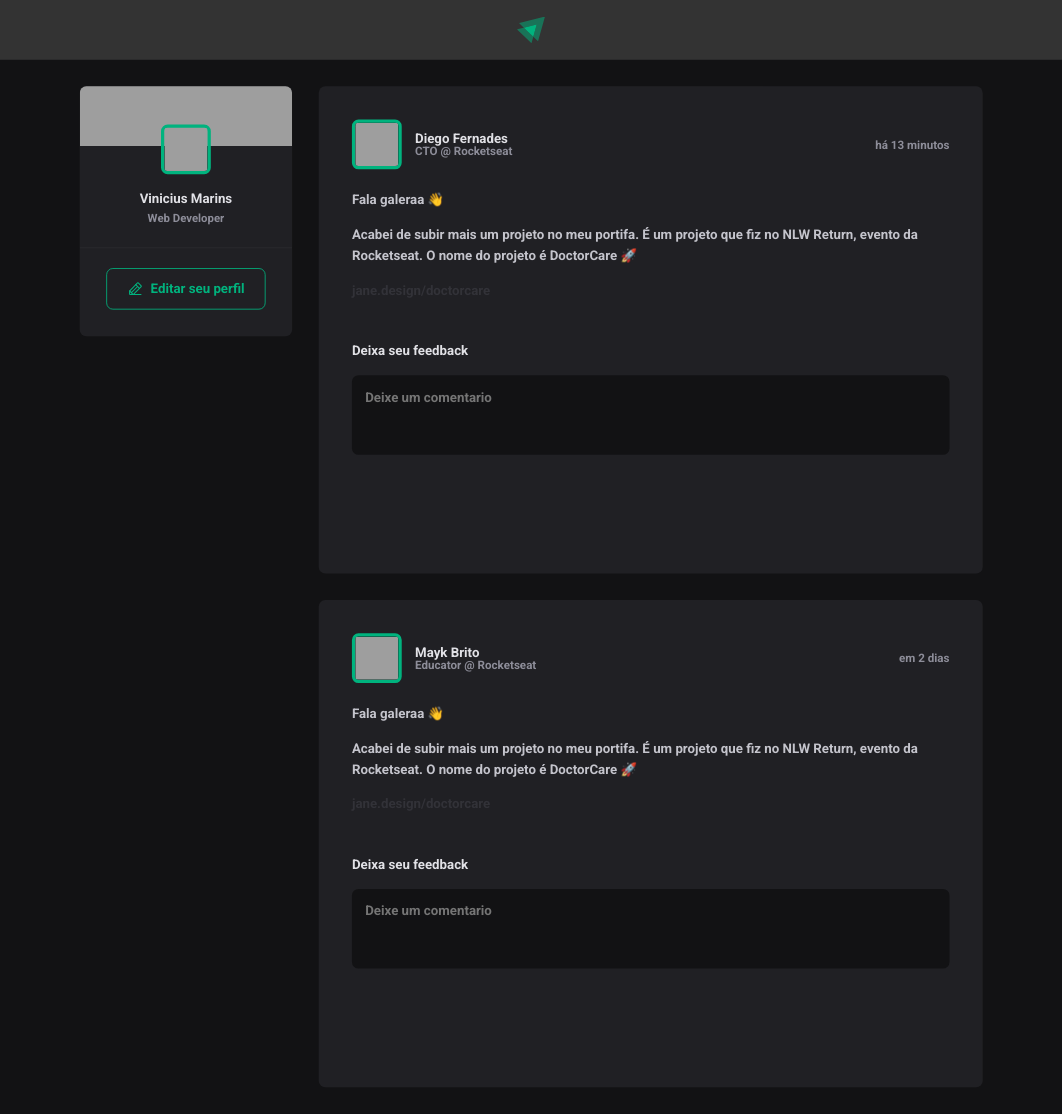
Repository: viniimartins/FeedROCKETSEAT
Page: /
An editor plug-in stored every save of this project. The page is shown before and after the next save, followed by the edit.
The browser window is 1280 px wide. The pictures show the whole page, at 83% of full size.
Pictures or frames that could not be fetched are drawn as grey boxes. The project was rebuilt for these pictures with package versions that can differ from the ones it lists, and the page was loaded fresh each time. Also part of the build but not shown: vite.config.ts, src/Components/Comment.module.css, src/Components/Comment.tsx.

Above is the page before, as saved 2023-05-04 16:47:08.

### index.html
<!DOCTYPE html>
<html lang="en">
  <head>
    <meta charset="UTF-8" />

    <link rel="preconnect" href="https://fonts.googleapis.com">
    <link rel="preconnect" href="https://fonts.gstatic.com" crossorigin>

    <link rel="icon" type="image/svg+xml" href="/vite.svg" />
    <meta name="viewport" content="width=device-width, initial-scale=1.0" />

    <link href="https://fonts.googleapis.com/css2?family=Montserrat&family=Roboto:wght@700&display=swap" rel="stylesheet">

    <title>Vite + React + TS</title>
  </head>
  <body>
    <div id="root"></div>
    <script type="module" src="/src/main.tsx"></script>
  </body>
</html>

### src/main.tsx
import React from 'react'
import ReactDOM from 'react-dom/client'
import App from './App.jsx'


ReactDOM.createRoot(document.getElementById('root')!).render(
  <React.StrictMode>
    <App />
  </React.StrictMode>,
)

### src/App.jsx
import { Header } from './Components/Header'
import { Sidebar } from './Components/Sidebar'
import { Post } from './Components/Post'

import styles from './App.module.css'

import './global.css'


const posts = [
  {
    id: 1,
    author: {
      avatarUrl: 'https://avatars.githubusercontent.com/u/84347013?v=4',
      name: "Diego Fernades",
      role: 'CTO @ Rocketseat'
    },
    content: [
      { type: 'paragraph', content: "Fala galeraa 👋", },
      { type: 'paragraph', content: "Acabei de subir mais um projeto no meu portifa. É um projeto que fiz no NLW Return, evento da Rocketseat. O nome do projeto é DoctorCare 🚀" },
      { type: 'link', content: 'jane.design/doctorcare' },
    ],
    publishedAt: new Date('2023-05-02 20:00:00')
  },
  {
    id: 2,
    author: {
      avatarUrl: 'https://github.com/maykbrito.png',
      name: "Mayk Brito",
      role: 'Educator @ Rocketseat'
    },
    content: [
      { type: 'paragraph', content: "Fala galeraa 👋", },
      { type: 'paragraph', content: "Acabei de subir mais um projeto no meu portifa. É um projeto que fiz no NLW Return, evento da Rocketseat. O nome do projeto é DoctorCare 🚀" },
      { type: 'link', content: 'jane.design/doctorcare' },
    ],
    publishedAt: new Date('2023-05-04 20:00:00')
  },
];


function App() {
  return (
    <>
      <div>
        <Header />

        <div className={styles.wrapper}>
          <Sidebar />
          <main>
            {posts.map(post => {
              return (
                <Post
                  key={post.id}
                  author={post.author}
                  content={post.content}
                  publishedAt={post.publishedAt}
                />
              )
            })}
          </main>
        </div>
      </div>

    </>
  )

}

export default App

### src/Components/Header.tsx
import styles from './Header.module.css';
import igniteLogo from '../assets/ignite-logo.svg'

export function Header() {
    return (
        <header className={styles.header}>
            <img src={igniteLogo}></img>
        </header>
    );
}

### src/Components/Sidebar.tsx
import { PencilLine } from "phosphor-react";

import styles from './Sidebar.module.css'
import { Avatar } from "./Avatar";

export function Sidebar() {
    return (
        <aside className={styles.sidebar}>
            <img
                className={styles.cover}
                src="https://images.unsplash.com/photo-1587620962725-abab7fe55159?ixlib=rb-4.0.3&ixid=MnwxMjA3fDB8MHxwaG90by1wYWdlfHx8fGVufDB8fHx8&auto=format&fit=crop&w=500&q=50"
            />
            <div className={styles.profile}>
                <Avatar src="https://avatars.githubusercontent.com/u/84347013?v=4" />
                <strong>Vinicius Marins</strong>
                <span>Web Developer</span>
            </div>

            <footer>
                <a href="#">
                    <PencilLine size={20} />
                    Editar seu perfil</a>
            </footer>
        </aside>
    )
}

### src/Components/Post.tsx
import { format, formatDistanceToNow } from "date-fns";
import ptBR from "date-fns/locale/pt-BR";

import { Comment } from "./Comment";
import { Avatar } from "./Avatar";

import styles from "./Post.module.css";
import { FormEvent, useState, ChangeEvent, InvalidEvent } from "react";

interface Author {
  name: string;
  avatar: string;
  avatarURL: string;
}

interface PostProps {
  author: Author;
  publishedAt: Date;
  content: string;
}

export function Post({ author, publishedAt, content }: PostProps) {
  const publisheddDateFormatted = format(
    publishedAt,
    "d 'de' LLLL 'às' HH:mm'h'",
    {
      locale: ptBR,
    }
  );

  const publisedDateRelativeToNow = formatDistanceToNow(publishedAt, {
    locale: ptBR,
    addSuffix: true,
  });

  const [comments, setComments] = useState([]);

  const [newCommentText, setNewCommentText] = useState("");

  function handleCreateNewComment(event: FormEvent) {
    event.preventDefault();

    setComments([...comments, newCommentText]);
    setNewCommentText("");
  }

  function handleNewCommentChange(event: ChangeEvent<HTMLTextAreaElement>) {
    event.target.setCustomValidity("");
    setNewCommentText(event.target.value);
  }

  function handleNewCommentInvalid(event: InvalidEvent<HTMLTextAreaElement>) {
    event.target.setCustomValidity("Esse campo é obrigatorio");
  }

  function deleteComment(commentToDelete: string) {
    // imutabilidade => as variaveis nao sofrem mutacao, nos criamos um novo valor ( um novo espaco na memorio)
    const commentsWithoutDeletedOne = comments.filter((comment) => {
      return comment !== commentToDelete;
    });

    setComments(commentsWithoutDeletedOne);
  }

  const inNewCommentEmpty = newCommentText.length === 0;

  return (
    <article className={styles.post}>
      <header>
        <div className={styles.author}>
          <Avatar src={author.avatarUrl} />
          <div className={styles.authorInfo}>
            <strong>{author.name}</strong>
            <span>{author.role}</span>
          </div>
        </div>
        <time title={publisheddDateFormatted} dateTime={publishedAt.toString()}>
          {publisedDateRelativeToNow}
        </time>
      </header>

      <div className={styles.content}>
        {content.map((line) => {
          if (line.type === "paragraph") {
            return <p key={content}>{line.content}</p>;
          } else if (line.type === "link") {
            return (
              <p key={content} href="#">
                <a>{line.content}</a>
              </p>
            );
          }
        })}
      </div>

      <form onSubmit={handleCreateNewComment} className={styles.commentForm}>
        <strong>Deixa seu feedback</strong>

        <textarea
          name="comment"
          placeholder="Deixe um comentario"
          value={newCommentText}
          onChange={handleNewCommentChange}
          onInvalid={handleNewCommentInvalid}
          required
        />

        <footer>
          <button type="submit" disabled={inNewCommentEmpty}>
            Publicar
          </button>
        </footer>
      </form>

      <div className={styles.commentList}>
        {comments.map((comment) => {
          return (
            <Comment
              key={comment}
              content={comment}
              onDeleteComment={deleteComment}
            />
          );
        })}
      </div>
    </article>
  );
}

### src/global.css
:root {
  --white: #fff;

  --gray-100: #e1e1e6;
  --gray-300: #c4c4cc;
  --gray-400: #8d8d99;
  --gray-500: #323238;
  --gray-700: #29292e;
  --gray-800: #202024;
  --gray-900: #121214;

  --green-500: #00b37e;
  --green-300: #00875f;

  --red-500: #f75a68
}

:focus {
  outline: transparent;
  box-shadow: 0 0 0 2px var(--green-500);
}

* {
  margin: 0;
  padding: 0;
  box-sizing: border-box;
}

body {
  background: var(--gray-900);
  color: var(--gray-300);
  -webkit-font-smoothing: antialiased;
}

body,
input,
textarea,
button {
  font-family: "Roboto", sans-serif;
  font-weight: 400;
  font-size: 1rem;
}

### src/Components/Header.module.css
.header {
    background: #333;
    display: flex;
    justify-content: center;
    padding: 1.25rem 0
}

.header img {
    height: 2rem;
}

### src/Components/Sidebar.module.css
.sidebar {
  background: var(--gray-800);
  border-radius: 8px;
  overflow: hidden;
}

.cover {
  width: 100%;
  height: 72px;
  object-fit: cover;
}

.profile {
  display: flex;
  flex-direction: column;
  align-items: center;

  margin-top: calc(0px - 1.5rem - 6px);
}

.profile strong {
  margin-top: 1rem;
  color: var(--gray-100);
  line-height: 1.6;
}

.profile span {
  font-size: 0.857rem;
  color: var(--gray-400);
  line-height: 1.6;
}

.sidebar footer {
  border-top: 1px solid var(--gray-700);
  margin-top: 1.5rem;
  padding: 1.5rem 2rem 2rem;
}

.sidebar footer a {
  background: transparent;
  color: var(--green-500);
  border: 1px solid var(--green-500);
  border-radius: 8px;
  height: 50px;
  padding: 0 1.5rem;
  font-weight: bold;
  display: block;
  text-decoration: none;

  display: flex;
  align-items: center;
  justify-content: center;

  gap: 0.5rem;

  transition: color 0.1s, background-color 0.1s;
}

.sidebar footer a:hover {
  background: var(--green-500);
  color: var(--white);
}

### src/Components/Avatar.tsx
import styles from './Avatar.module.css';

export function Avatar({ hasBorder = true, src }) {
    return (
        <img
            className={hasBorder ? styles.avatarWithBorder : styles.avatar}
            src={src}
        />
    )
}

### src/Components/Post.module.css
.post {
  background: var(--gray-800);
  border-radius: 8px;
  padding: 2.5rem;
}

.post + .post {
  margin-top: 2rem;
}

.content {
  line-height: 1.6;
  color: var(--gray-300);
  margin-top: 1.5rem;
}

.content p {
  margin-top: 1rem;
}

.content a {
  font-weight: bold;
  color: var(--gray-500);
  text-decoration: none;
}

.content a:hover {
  color: var(--gray-300);
}

.post > header {
  display: flex;
  align-items: center;
  justify-content: space-between;
}

.post > header time {
  font-size: 0.875rem;
  color: var(--gray-400);
}

.author {
  display: flex;
  align-items: center;
  gap: 1rem;
}

.authorInfo strong {
  display: block;
  color: var(--gray-100);
  line-height: 1;
}

.authorInfo span {
  display: block;
  font-size: 0.875rem;
  color: var(--gray-400);
  line-height: 1;
}

.commentForm {
  width: 100%;
  margin-top: 1.5rem;
  padding-top: 1.5rem;
  border-top: 1px solid var(--gray-600);
}

.commentForm > strong {
  line-height: 1.6;
  color: var(--gray-100);
}

.commentForm textarea {
  width: 100%;
  background-color: var(--gray-900);
  border: 0px;
  resize: none;
  height: 6rem;
  padding: 1rem;
  border-radius: 8px;
  color: var(--gray-100);
  line-height: 1.4;
  margin-top: 1rem;
}

.commentForm button[type="submit"] {
  padding: 1rem 1.5rem;
  margin-top: 1rem;
  border-radius: 8px;
  border: 0;
  background-color: var(--green-500);
  color: var(--white);
  font-weight: bold;
  cursor: pointer;
  transition: background-color 0.1s;
}

.commentForm footer {
  visibility: hidden;
  max-width: 0;
}

.commentForm:focus-within footer {
  visibility: visible;
  max-width: none;
}

.commentForm button[type="submit"]:not(:disabled):hover {
  background-color: var(--green-300);
}

.commentForm button[type="submit"]:disabled {
  opacity: 0.7;
  cursor: not-allowed;
}

.commentList {
  margin-top: 2rem;
}

### src/Components/Avatar.module.css
.avatar {
  width: 3rem;
  height: 3rem;
  border-radius: 8px;
}

.avatarWithBorder {
  width: calc(3rem + 12px);
  height: calc(3rem + 12px);
  border-radius: 8px;
  border: 4px solid var(--gray-800);
  border: 4px solid var(--green-500);
}

Loaded but not shown: src/App.module.css (common file)

After the next save:
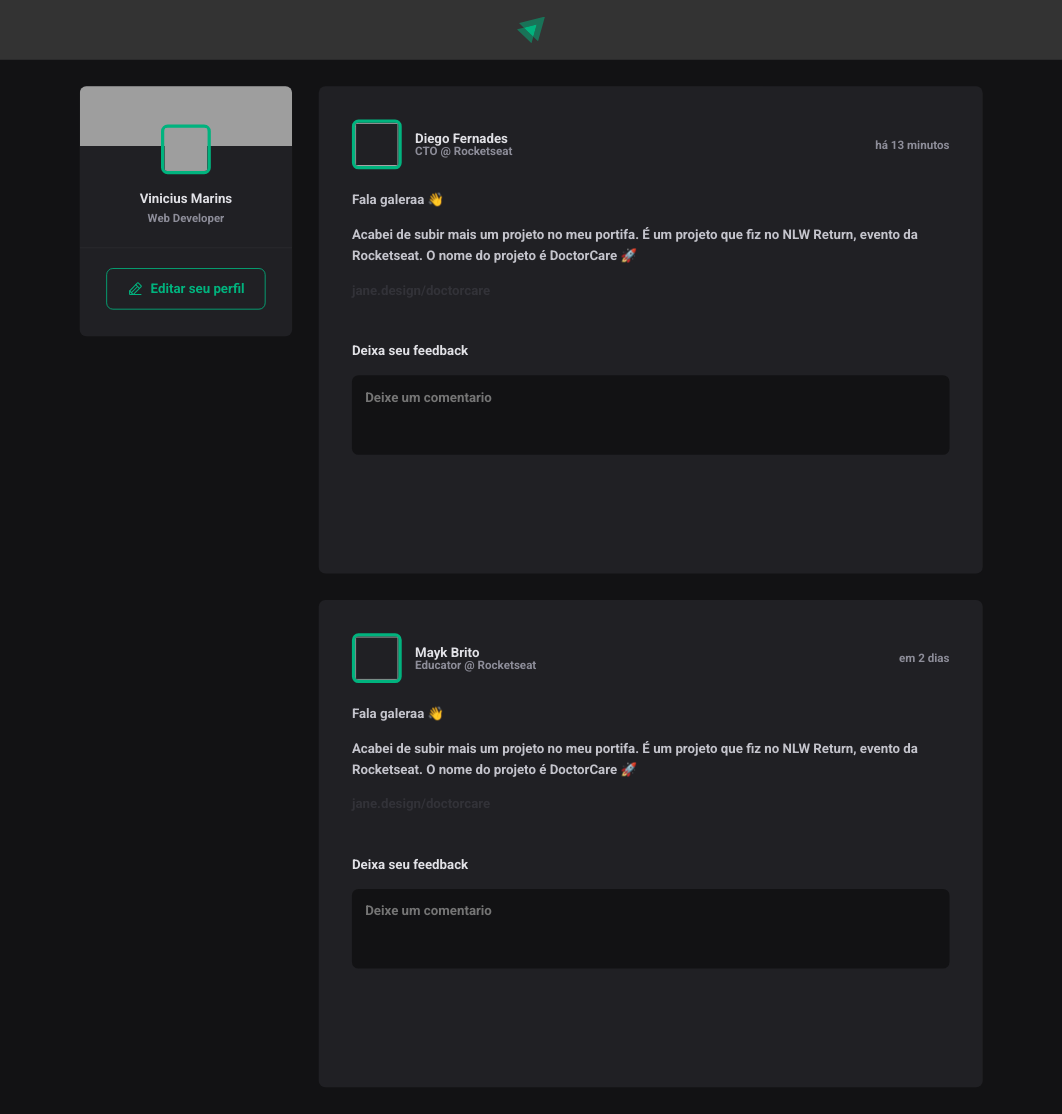
Saved 21 s later.
--- a/src/Components/Post.tsx
+++ b/src/Components/Post.tsx
@@ -68,7 +68,7 @@
     <article className={styles.post}>
       <header>
         <div className={styles.author}>
-          <Avatar src={author.avatarUrl} />
+          <Avatar src={author.avatarURL} />
           <div className={styles.authorInfo}>
             <strong>{author.name}</strong>
             <span>{author.role}</span>

After the save that followed:
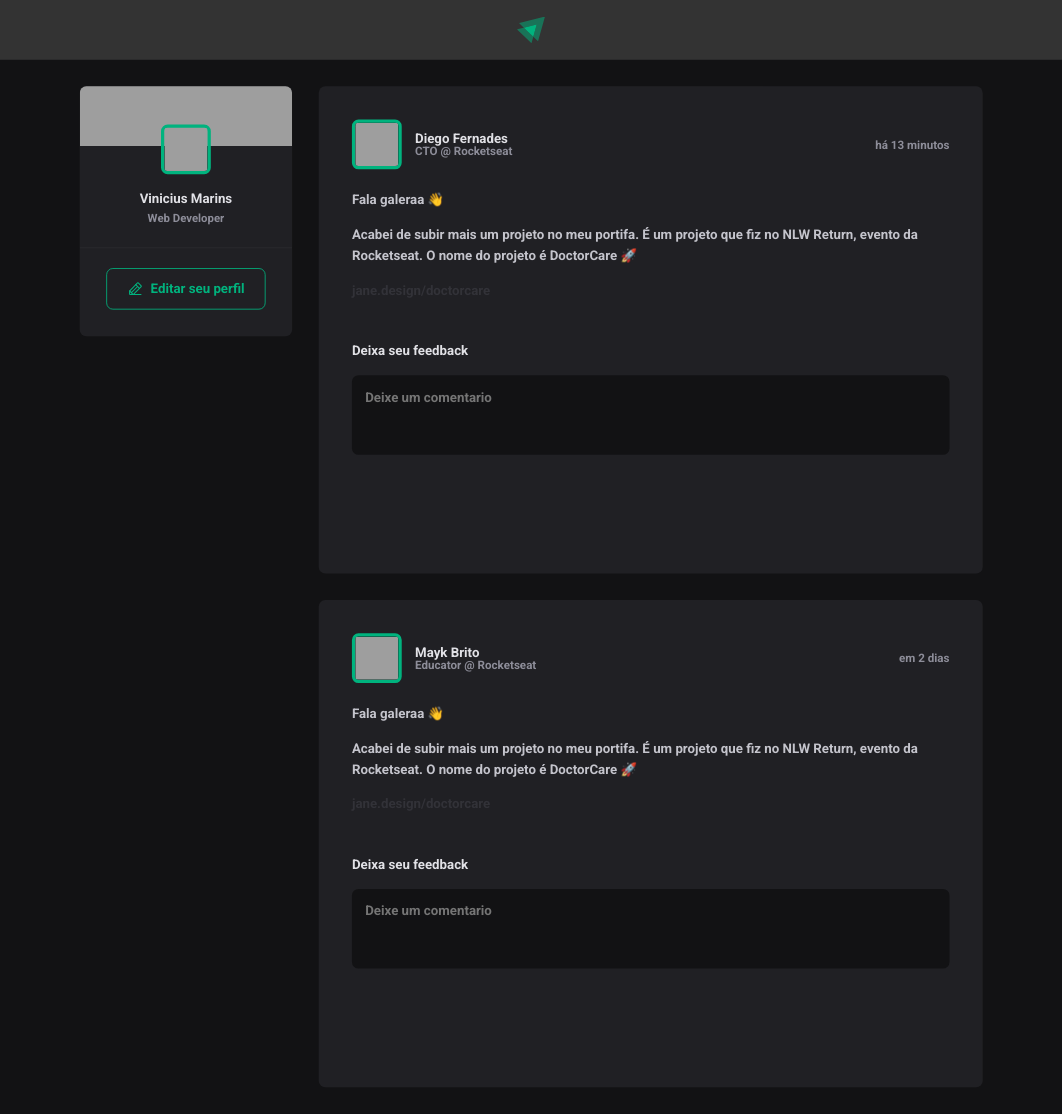
Saved 24 s later.
--- a/src/Components/Post.tsx
+++ b/src/Components/Post.tsx
@@ -10,7 +10,7 @@
 interface Author {
   name: string;
   avatar: string;
-  avatarURL: string;
+  avatarUrl: string;
 }
 
 interface PostProps {
@@ -68,7 +68,7 @@
     <article className={styles.post}>
       <header>
         <div className={styles.author}>
-          <Avatar src={author.avatarURL} />
+          <Avatar src={author.avatarUrl} />
           <div className={styles.authorInfo}>
             <strong>{author.name}</strong>
             <span>{author.role}</span>
